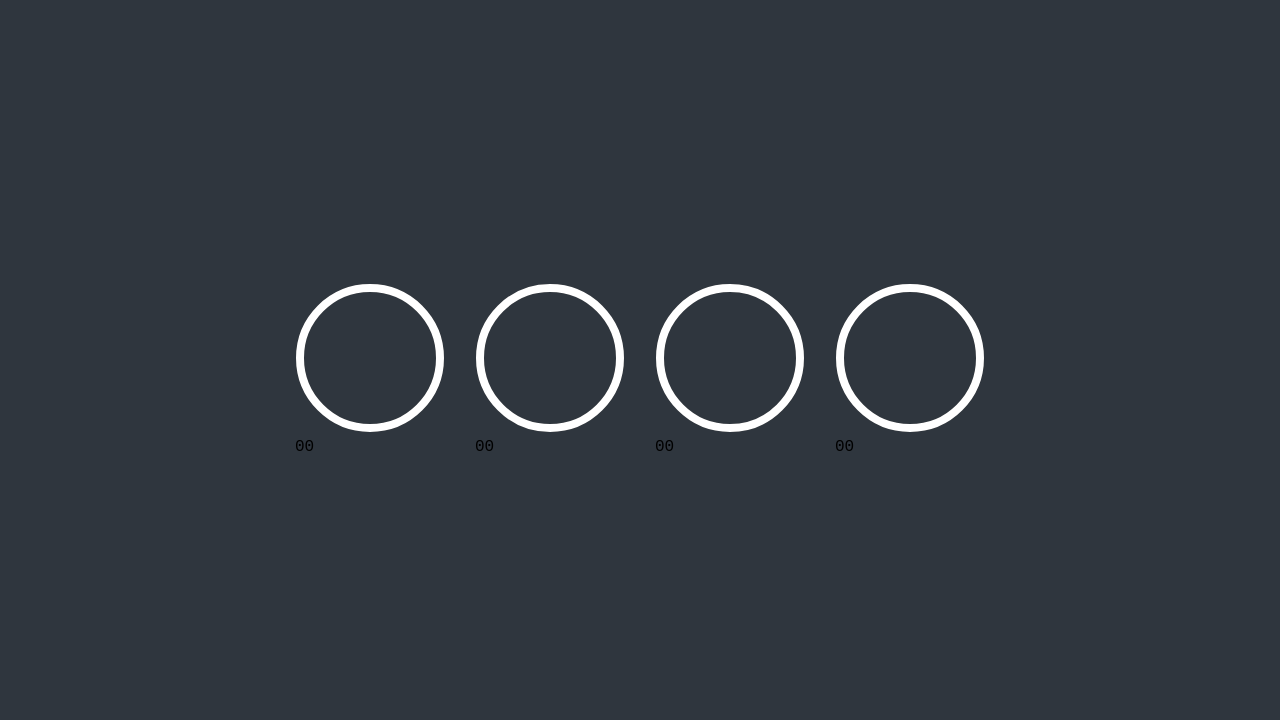
Repository: northpx/happyNY
Page: index.html
The author's editor kept a copy of each file at every save. The page is drawn from the files as they stood at one save, then again after the next save.
The browser window is 1280 px wide. The pictures show the whole page.

Above is the page before, as saved 2022-12-31 10:52:06.

After the next save:
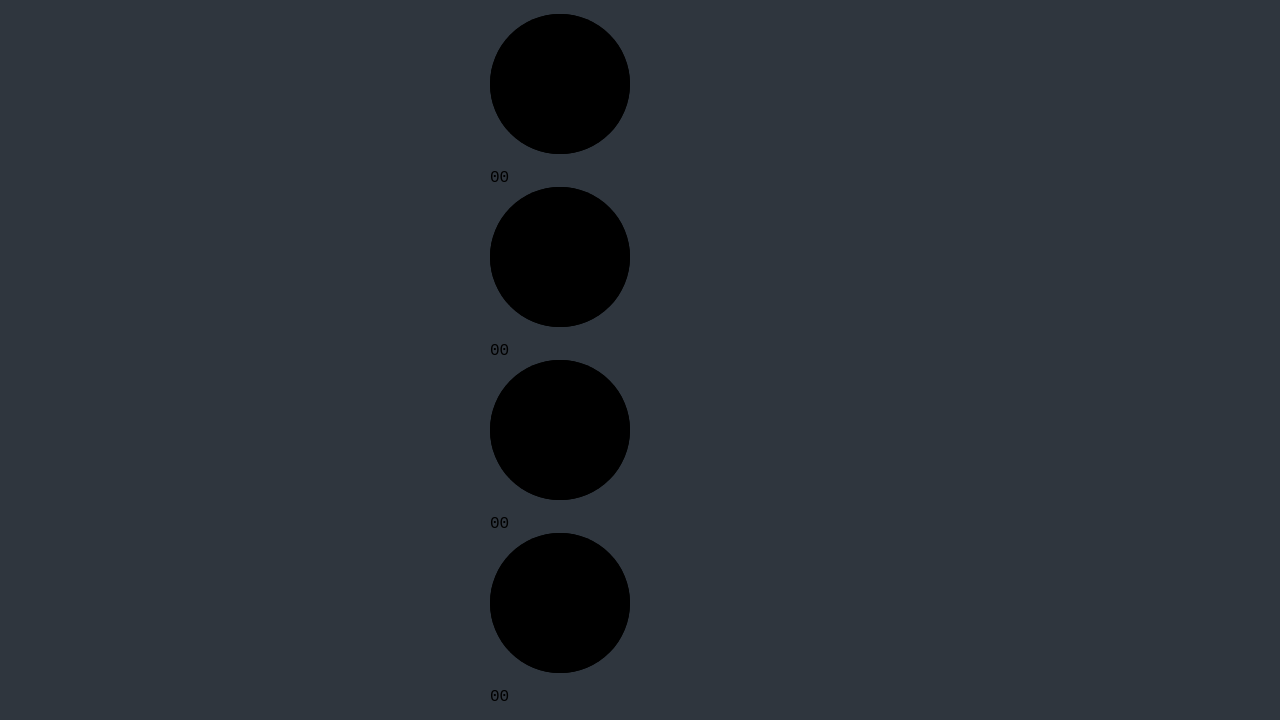
Saved 9 s later.
--- a/index.html
+++ b/index.html
@@ -9,7 +9,7 @@
 </head>
 <body>
     <h1>HAPPY NEW YEAR <br>2023</h1>
-    <div id="time">
+    <div ="time">
         <div class="circle" style="--clr:#fff">
             <div class="dots day_dot">
                 <svg>
